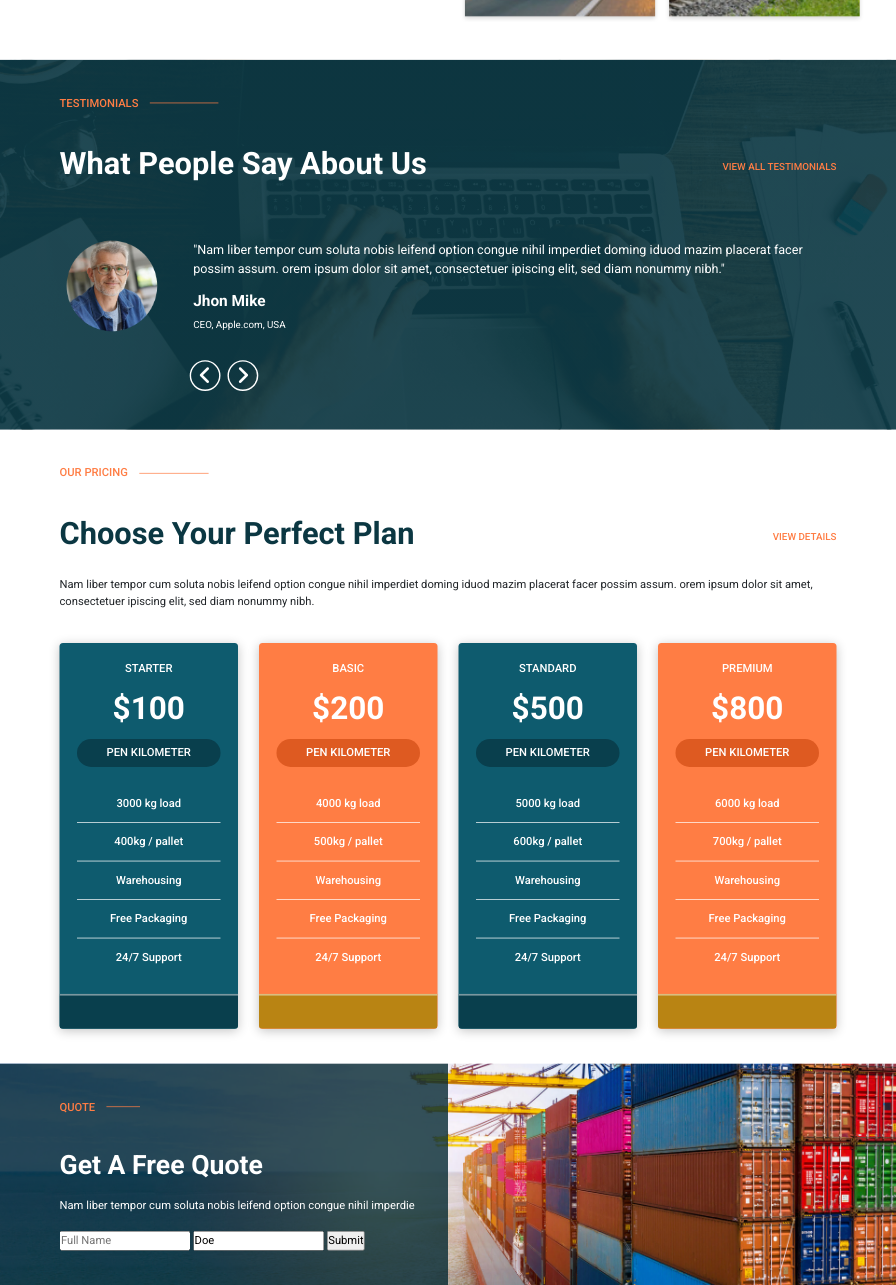
Repository: nazmulalok/shipping-theme
Page: index.html
The author's editor kept a copy of each file at every save. The page is drawn from the files as they stood at one save, then again after the next save.
The browser window is 1280 px wide. The pictures show the part of the page from y = 3122 to 5042 px (the page is 4958 px tall before and 5042 px after), at 70% of full size.
Some web libraries are served in a nearby version.

Above is the page before, as saved 2022-10-09 16:56:53.

After the next save:
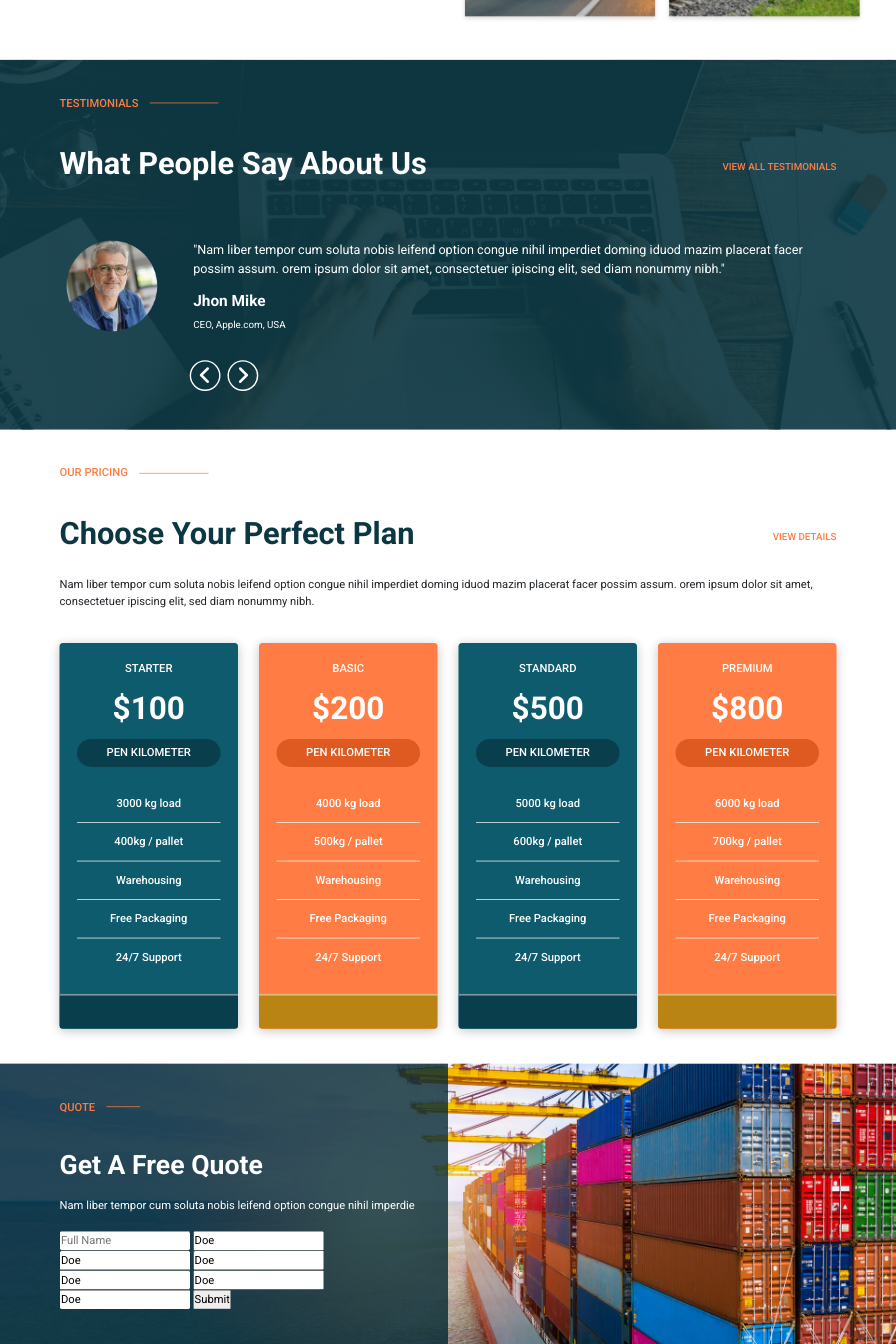
Saved 2 min 25 s later.
--- a/index.html
+++ b/index.html
@@ -446,6 +446,11 @@
                             <form action="#">
                                 <input type="text" id="fname" name="fname" placeholder="Full Name">
                                 <input type="text" id="lname" name="lname" value="Doe">
+                                <input type="text" id="lname" name="lname" value="Doe">
+                                <input type="text" id="lname" name="lname" value="Doe">
+                                <input type="text" id="lname" name="lname" value="Doe">
+                                <input type="text" id="lname" name="lname" value="Doe">
+                                <input type="text" id="lname" name="lname" value="Doe">
                                 <input type="submit" value="Submit">
                             </form>
                         </div>
